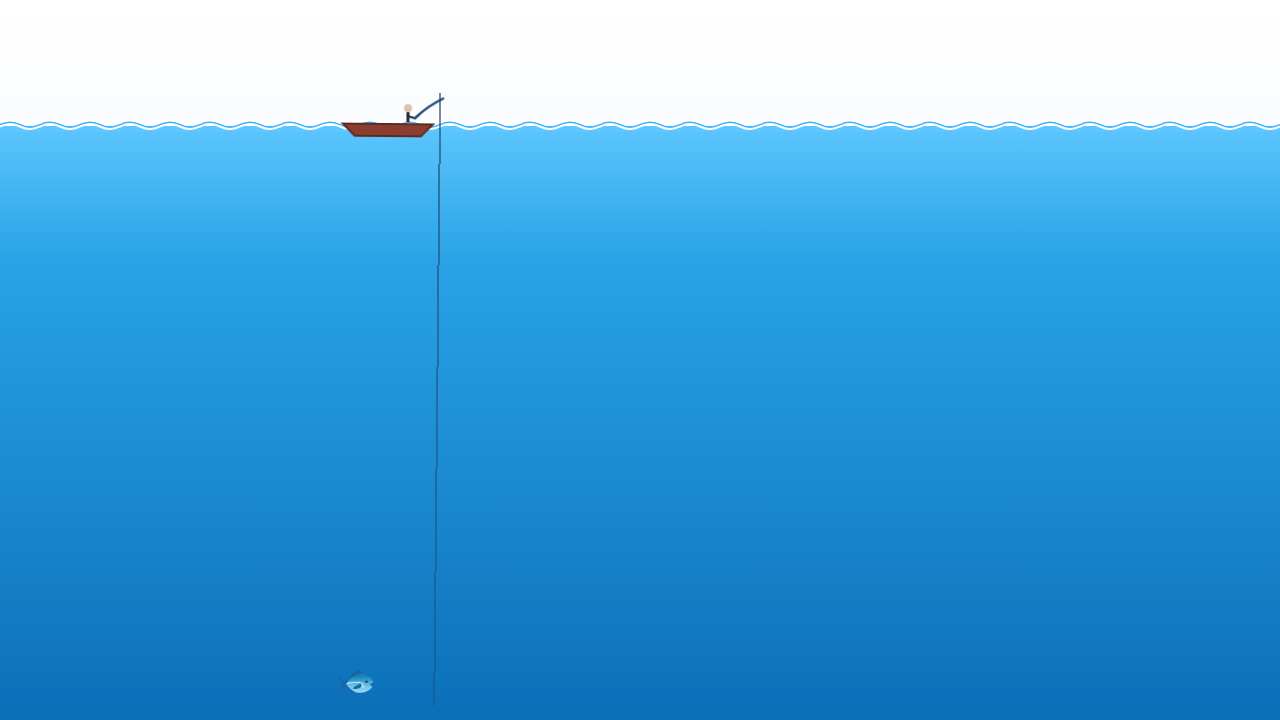
Repository: DeepFriedTurkey441/fd_game_project
Page: index.html
These files come from the project's save history. The page is drawn as it stood at one moment and after the next save; the edit follows.
The browser window is 1280 px wide. The pictures show the whole page.

Above is the page before, as saved 2025-09-22 14:15:39.

### index.html
<!DOCTYPE html>
<html lang="en">
<head>
  <meta charset="UTF-8">
  <title>Fish Dodge</title>
  <link rel="stylesheet" href="style.css">
</head>
<body>
  <div id="game">
    <div id="air" aria-hidden="true"></div>
    <div id="waterline" aria-hidden="true"></div>
    <div class="boat" aria-label="small fishing boat" title="Fishing boat" style="left: 26vw;">
      <svg viewBox="0 0 120 60" xmlns="http://www.w3.org/2000/svg" aria-hidden="true">
        <!-- hull -->
        <path d="M10 40 L100 40 L88 52 L22 52 Z" fill="#8b3e2f" stroke="#5e291f" stroke-width="2"/>
        <!-- fisherman (simple) -->
        <circle cx="75" cy="24" r="4" fill="#e0c2a8"/>
        <path d="M75 28 L75 38" stroke="#2b2b2b" stroke-width="3"/>
        <path d="M75 32 L82 34" stroke="#2b2b2b" stroke-width="2"/>
        <!-- fishing rod (angled out over water) -->
        <path d="M82 34 Q 94 22 110 14" stroke="#1f4b7a" stroke-width="2.5" fill="none" stroke-linecap="round"/>
      </svg>
      <div class="line" aria-hidden="true"></div>
      <div class="hook" aria-hidden="true"><span class="barb"></span></div>
    </div>
    <div id="fish" aria-label="fish"><span class="sprite" aria-hidden="true">🐟</span></div>
  </div>
  <script src="script.js"></script>
</body>
</html>

### style.css
/* Basic starter styling */
body {
    margin: 0;
    font-family: sans-serif;
    background-color: #0a3454;
    color: #fff;
  }

#game {
    position: relative;
    width: 100vw;
    height: 100vh;
    overflow: hidden;
    background: linear-gradient(#f9fbff 0%, #eaf3ff 16.66%, #5ec7ff 16.66%, #2aa3e6 36%, #0b6fb8 100%);
  }

/* Air overlay (top 1/6) to ensure a whitish sky */
#air {
    position: absolute;
    left: 0; right: 0;
    top: 0;
    /* Extend slightly past the waterline so crests have white behind them */
    height: calc(100vh / 6 + 12px);
    background: linear-gradient(to bottom, rgba(255,255,255,0.98), rgba(255,255,255,0.75));
    z-index: 1;
    pointer-events: none;
  }

/* Waterline at 1/6 of the viewport height from the top */
#waterline {
    position: absolute;
    left: 0; right: 0;
    top: calc(100vh / 6);
    height: 12px;
    z-index: 2;
    pointer-events: none;
    /* Squiggly wave on top of a 2-color band: white above, light blue below */
    background:
      url("data:[embedded picture, 376 characters]") repeat-x center,
      linear-gradient(to bottom, rgba(255,255,255,0.98) 0%, rgba(255,255,255,0.98) 50%, rgba(94,199,255,1) 50%, rgba(94,199,255,1) 100%);
    background-size: 80px 12px, 100% 100%;
  }

/* Boat at surface */
  .boat {
    position: absolute;
    top: calc(100vh / 6 - 34px); /* float a bit higher above ripple */
    width: 120px; height: 60px;
    transform-origin: 50% 50%;
    animation: bob 3.2s ease-in-out infinite;
    z-index: 3; /* above line; fish swims under */
    pointer-events: none;
  }
  .boat svg { width: 100%; height: 100%; display: block; }
  .boat .line {
    position: absolute;
    left: 106px; /* tip of rod */
    top: 8px;
    width: 2px;
    height: calc(100vh - (100vh / 6)); /* down to bottom */
    background: linear-gradient(to bottom, rgba(30,60,100,0.6), rgba(30,60,100,0.3));
    transform-origin: top;
    z-index: 2; /* between ripple and fish */
  }
  .boat .hook {
    position: absolute;
    left: 100px; /* near line x */
    top: 8px;   /* start at rod tip; JS repositions */
    width: 16px; height: 18px;
    border-bottom: 3px solid #000000; /* shank curve */
    border-right: 3px solid #000000;
    border-radius: 0 0 16px 0;
    transform: rotate(35deg);
    z-index: 2;
  }
  .boat .hook .barb {
    position: absolute;
    right: -2px; bottom: 0;
    width: 10px; height: 10px;
    border-right: 3px solid #000000;
    border-bottom: 3px solid transparent;
    transform: rotate(-55deg);
  }

@keyframes bob {
  0%   { transform: translateY(0) rotate(-0.6deg); }
  50%  { transform: translateY(-2px) rotate(0.6deg); }
  100% { transform: translateY(0) rotate(-0.6deg); }
}

#fish {
    position: absolute;
    left: 24px;
    top: 50vh;
    transform: translateY(-50%);
    font-size: 32px;
    line-height: 1;
    user-select: none;
    z-index: 3;
  }
  #fish .sprite { display: inline-block; font-size: 32px; width: 1em; height: 1em; }
  /* Emoji orientation mappings */
  /* Most platforms render 🐟 facing left by default (head on left). */
  #fish .face-left { transform: scaleX(1); }
  #fish .face-right { transform: scaleX(-1); }

### script.js
// Fish movement prototype: slow downward drift, space = up/forward, 3 speeds (←/→)
(function () {
  const fish = document.getElementById('fish');
  const sprite = fish ? fish.querySelector('.sprite') : null;
  const boat = document.querySelector('.boat');
  const lineEl = boat ? boat.querySelector('.line') : null;
  const hookEl = boat ? boat.querySelector('.hook') : null;
  if (!fish) return;

  // Ensure fish faces right
  // using CSS flip on child span; no need to set text here

  const BASE_SPEEDS = [1, 3, 6];
  let speedIndex = 0;
  let dir = 1; // 1 = left→right, -1 = right→left
  let speed = BASE_SPEEDS[speedIndex]; // signed pixels/frame after scaling

  let x = 24;
  let y = window.innerHeight * 0.5;
  let vy = 0;
  let spacePressed = false;
  let paused = false;
  function getFishHalfHeight() {
    try {
      const rect = (sprite || fish).getBoundingClientRect();
      return Math.max(8, (rect.height || 32) / 2);
    } catch (_) {
      return 16; // fallback for early frames
    }
  }

  // Tunables
  function scale() { return Math.max(0.8, Math.min(2.0, window.innerWidth / 1200)); }
  function gravity() { return 0.12 * scale(); } // slow drift downward
  function maxFall() { return 3.0 * scale(); }
  function maxRise() { return -4.0 * scale(); }

  function wrapX(nx) {
    const w = window.innerWidth;
    if (nx > w) return nx - w;
    if (nx < 0) return nx + w;
    return nx;
  }

  function updateSpeed() {
    speed = dir * (BASE_SPEEDS[speedIndex] * scale());
    // Update facing based on direction
    if (sprite) {
      if (dir === 1) {
        sprite.classList.remove('face-left');
        sprite.classList.add('face-right');
      } else {
        sprite.classList.remove('face-right');
        sprite.classList.add('face-left');
      }
    }
  }

  function loop() {
    if (paused) { requestAnimationFrame(loop); return; }
    // Horizontal progress
    x = wrapX(x + speed);

    // Vertical physics
    if (spacePressed) {
      vy = Math.max(maxRise(), vy - 0.45 * scale());
    } else {
      vy = Math.min(maxFall(), vy + gravity());
    }
    // Compute waterline as top at 1/6 viewport height
    const waterlineY = window.innerHeight / 6;
    // Keep the fish's center at least one pixel below the waterline + half its height
    const halfH = getFishHalfHeight();
    const topClamp = Math.max(0, waterlineY + halfH + 1);
    const bottomClamp = window.innerHeight - 40;
    y = Math.max(topClamp, Math.min(bottomClamp, y + vy));

    // Render
    fish.style.left = x + 'px';
    fish.style.top = y + 'px';

    // Simple jig animation for hook: hold near bottom, then hop upward irregularly
    animateHook();

    requestAnimationFrame(loop);
  }

  // --- Fishing line + hook motion ---
  let hookState = { phase: 'drop', targetY: 0, lastChange: 0 };
  function animateHook() {
    if (!lineEl || !hookEl) return;
    const now = performance.now();
    const waterTop = window.innerHeight / 6;
    const bottom = window.innerHeight - 4;
    // Anchor positions at rod tip in page coords
    const boatRect = boat.getBoundingClientRect();
    const rodTip = { x: boatRect.left + 106, y: boatRect.top + 8 };
    if (hookState.phase === 'drop') {
      // Ensure line spans to bottom and hook sits near bottom
      lineEl.style.height = (bottom - rodTip.y) + 'px';
      hookEl.style.left = (106 - 6) + 'px';
      hookEl.style.top = (8 + (bottom - rodTip.y) - 18) + 'px';
      hookState.phase = 'jig';
      hookState.lastChange = now;
      hookState.targetY = bottom - 30;
      return;
    }
    // Jigging: random small upward hops, then fall back
    const hookRect = hookEl.getBoundingClientRect();
    const hookY = hookRect.top + hookRect.height / 2;
    if (now - hookState.lastChange > 700 + Math.random() * 700) {
      hookState.targetY = Math.max(waterTop + 60, hookY - (20 + Math.random() * 40));
      hookState.lastChange = now;
    }
    // Move toward targetY smoothly
    const dy = (hookState.targetY - hookY) * 0.1;
    const newTop = hookY + dy;
    const maxTop = bottom - 12;
    const clampedTop = Math.min(maxTop, Math.max(waterTop + 40, newTop));
    // Convert to bottom offset relative to line container
    const newHookTop = clampedTop - hookRect.height / 2;
    hookEl.style.top = newHookTop + 'px';

    // Reel-in effect: shorten visible line to the hook tip
    const lineRect = lineEl.getBoundingClientRect();
    const newLineHeight = Math.max(0, (newHookTop + hookRect.height / 2) - rodTip.y);
    lineEl.style.setProperty('mask-image', `linear-gradient(to bottom, black ${newLineHeight}px, transparent ${newLineHeight}px)`);
    lineEl.style.setProperty('-webkit-mask-image', `linear-gradient(to bottom, black ${newLineHeight}px, transparent ${newLineHeight}px)`);
  }

  document.addEventListener('keydown', (e) => {
    switch (e.key) {
      case ' ': // surge
        if (!spacePressed) {
          spacePressed = true;
          vy = Math.max(maxRise(), vy - 2.2 * scale());
          fish.style.transform = 'translateY(-50%) scale(1.04) rotate(-3deg)';
        }
        break;
      case 'p':
        paused = !paused;
        break;
      case 'ArrowRight':
        if (dir === 1) {
          // Already moving right: speed up until max
          speedIndex = Math.min(BASE_SPEEDS.length - 1, speedIndex + 1);
        } else {
          // Moving left: step down speed; if already at slowest, flip to right slow
          if (speedIndex > 0) {
            speedIndex -= 1;
          } else {
            dir = 1; // flip direction
            speedIndex = 0; // start at slowest in new direction
          }
        }
        updateSpeed();
        break;
      case 'ArrowLeft':
        if (dir === -1) {
          // Already moving left: speed up until max
          speedIndex = Math.min(BASE_SPEEDS.length - 1, speedIndex + 1);
        } else {
          // Moving right: step down speed; if already at slowest, flip to left slow
          if (speedIndex > 0) {
            speedIndex -= 1;
          } else {
            dir = -1; // flip direction
            speedIndex = 0; // start at slowest in new direction
          }
        }
        updateSpeed();
        break;
    }
  });
  document.addEventListener('keyup', (e) => {
    if (e.key === ' ') {
      spacePressed = false;
      fish.style.transform = 'translateY(-50%)';
    }
  });

  window.addEventListener('resize', () => {
    x = Math.min(x, window.innerWidth - 40);
    // Re-apply clamp relative to new waterline and fish size
    const waterlineY = window.innerHeight / 6;
    const halfH = getFishHalfHeight();
    const topClamp = Math.max(0, waterlineY + halfH + 1);
    const bottomClamp = window.innerHeight - 40;
    y = Math.max(topClamp, Math.min(bottomClamp, y));
    updateSpeed();
    // Recompute line length on resize
    if (lineEl && boat) {
      const bottom = window.innerHeight - 4;
      const boatRect = boat.getBoundingClientRect();
      const rodTipY = boatRect.top + 8;
      lineEl.style.height = (bottom - rodTipY) + 'px';
    }
  });

  // Init
  updateSpeed();
  // Ensure initial facing matches starting direction (right)
  if (sprite) { sprite.classList.add('face-right'); }
  loop();
})();

After the next save:
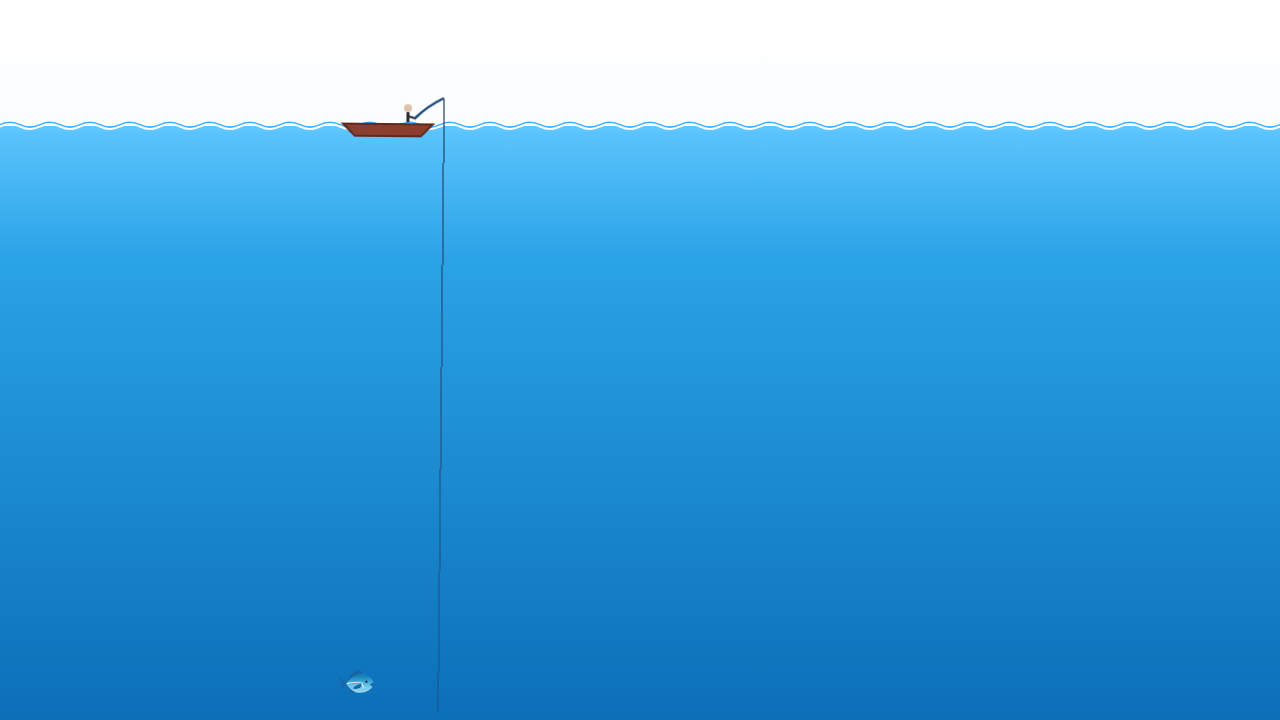
Saved 2 min 17 s later.
--- a/style.css
+++ b/style.css
@@ -54,8 +54,8 @@ body {
   .boat svg { width: 100%; height: 100%; display: block; }
   .boat .line {
     position: absolute;
-    left: 106px; /* tip of rod */
-    top: 8px;
+    left: 110px; /* exact rod tip in SVG coords */
+    top: 14px;
     width: 2px;
     height: calc(100vh - (100vh / 6)); /* down to bottom */
     background: linear-gradient(to bottom, rgba(30,60,100,0.6), rgba(30,60,100,0.3));
@@ -64,20 +64,20 @@ body {
   }
   .boat .hook {
     position: absolute;
-    left: 100px; /* near line x */
-    top: 8px;   /* start at rod tip; JS repositions */
+    left: 104px; /* near line x - half hook width */
+    top: 14px;   /* start at rod tip; JS repositions */
     width: 16px; height: 18px;
-    border-bottom: 3px solid #000000; /* shank curve */
-    border-right: 3px solid #000000;
+    border-bottom: 4px solid #000000; /* shank curve */
+    border-right: 4px solid #000000;
     border-radius: 0 0 16px 0;
     transform: rotate(35deg);
-    z-index: 2;
+    z-index: 3;
   }
   .boat .hook .barb {
     position: absolute;
     right: -2px; bottom: 0;
     width: 10px; height: 10px;
-    border-right: 3px solid #000000;
+    border-right: 4px solid #000000;
     border-bottom: 3px solid transparent;
     transform: rotate(-55deg);
   }
